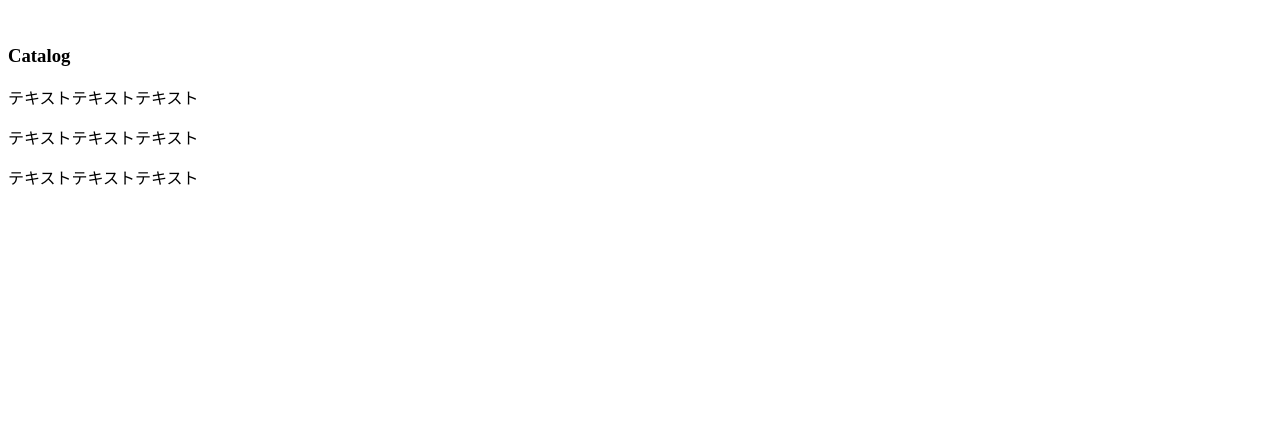
Repository: Fuki-san/bookstore
Page: http://localhost/book
An editor plug-in stored every save of this project. The page is shown before and after the next save, followed by the edit.
The browser window is 1280 px wide. The pictures show the whole page.
The page is served by the project's Laravel application, run on PHP 8.4 with Laravel 10.

Above is the page before, as saved 2023-11-20 14:46:02.

After the next save:
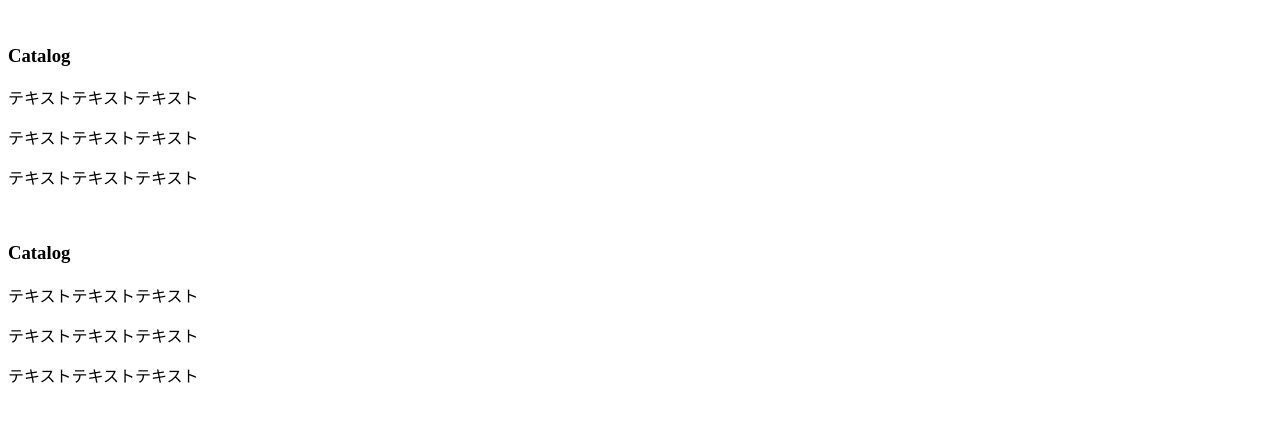
Saved 20 s later.
--- a/resources/views/bookstore.blade.php
+++ b/resources/views/bookstore.blade.php
@@ -20,6 +20,18 @@
                 </div>
                 <div class="items wrapper"></div>
             </div>
+            <div class="flex-items">
+                <div class="items wrapper">
+                    <img src="">
+                    <div class="text">
+                        <h3>Catalog</h3>
+                        <p>テキストテキストテキスト</p>
+                        <p>テキストテキストテキスト</p>
+                        <p>テキストテキストテキスト</p>
+                    </div>
+                </div>
+                <div class="items wrapper"></div>
+            </div>
         </section>
     </main>
     <footer></footer>
